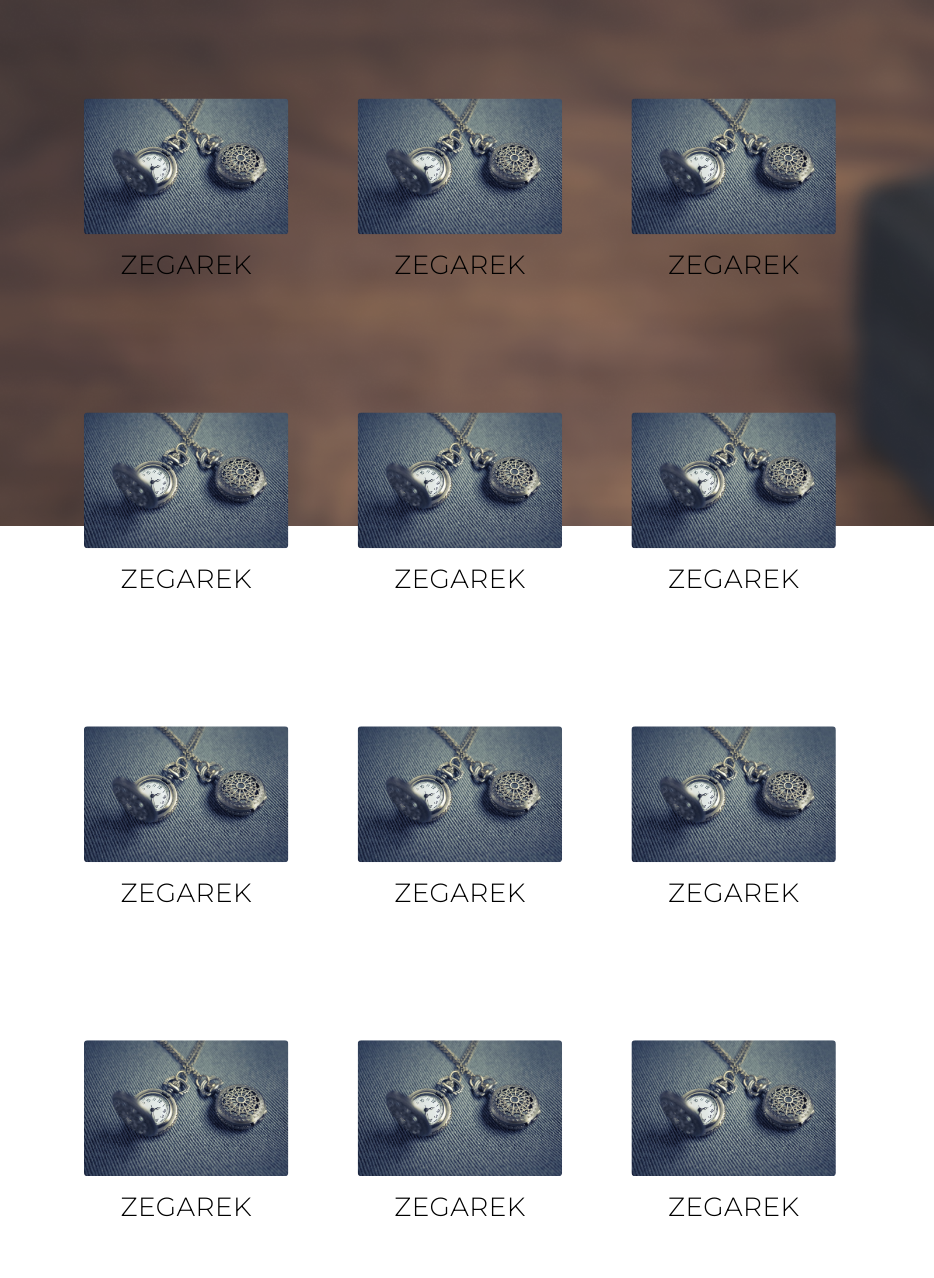
Repository: Rickardo198/prezent
Page: index.html
The author's editor kept a copy of each file at every save. The page is drawn from the files as they stood at one save, then again after the next save.
The browser window is 1280 px wide. The pictures show the whole page, at 73% of full size.

Above is the page before, as saved 2020-10-25 21:32:42.

After the next save:
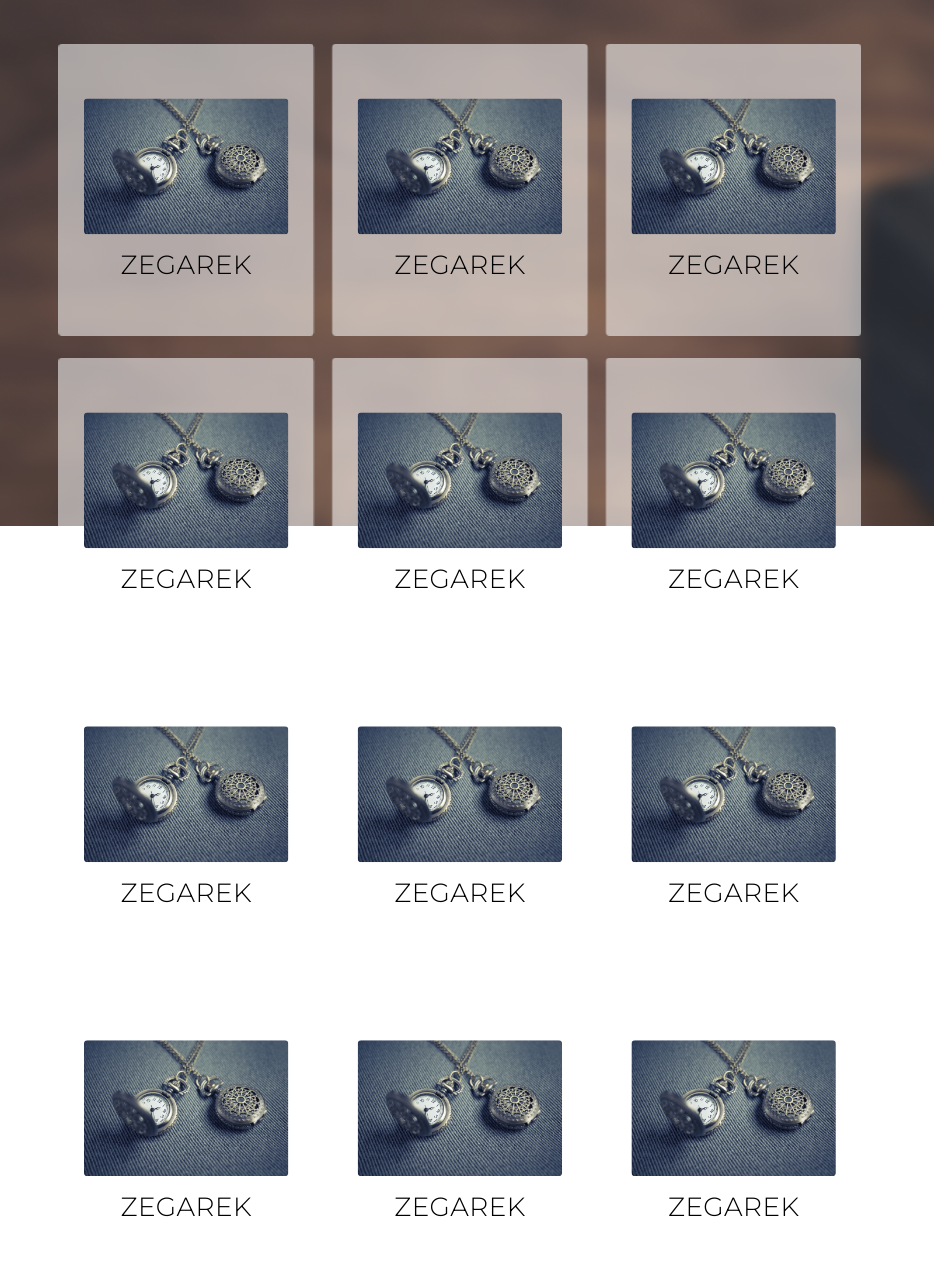
Saved 14 s later.
--- a/index.html
+++ b/index.html
@@ -25,6 +25,7 @@
             position: fixed;
             top: 0;
             left: 0;
+            z-index: -2;
         }
         .wrapper{
             max-width: 1100px;
